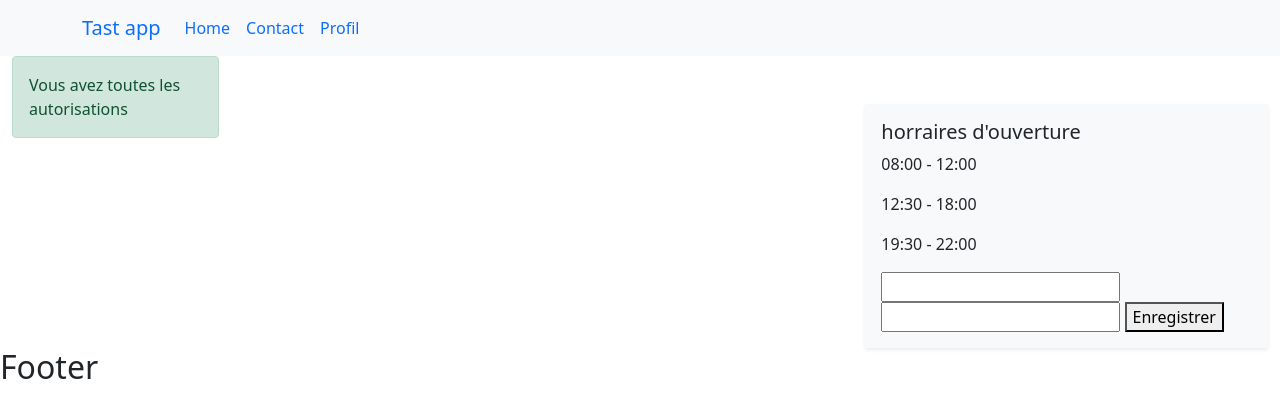
Repository: FS-23/php-getstarted
Page: http://localhost/
An editor plug-in stored every save of this project. The page is shown before and after the next save, followed by the edit.
The browser window is 1280 px wide. The pictures show the whole page.
The page is run by PHP 8.4 with error messages shown; the project is at /var/www/html/.

Above is the page before, as saved 2022-05-28 12:33:45.

After the next save:
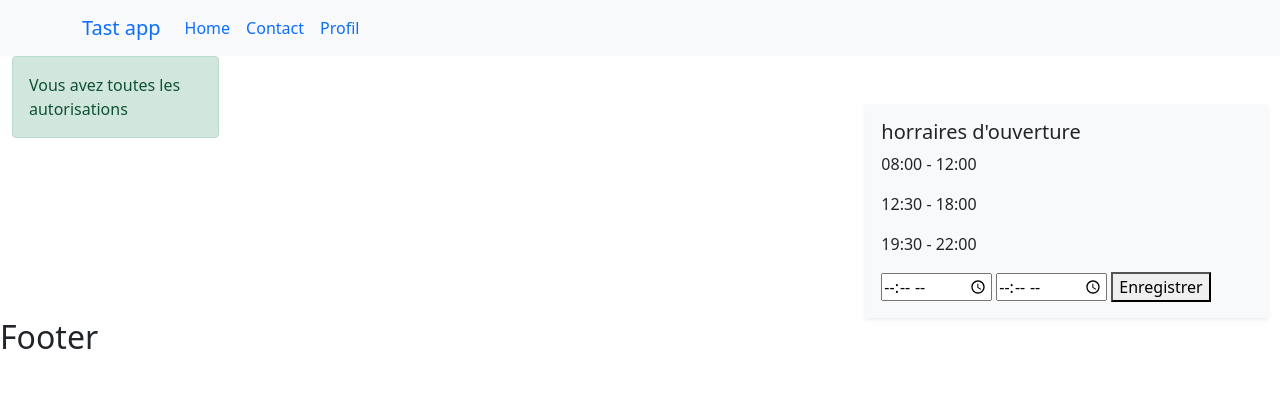
Saved 23 s later.
--- a/demoAPP/index.php
+++ b/demoAPP/index.php
@@ -28,8 +28,8 @@
                        <p><?php echo $item ?></p>
                    <?php endforeach; ?>
                    <div>
-                       <input type="text">
-                       <input type="text">
+                       <input type="time">
+                       <input type="time">
                        <button>Enregistrer</button>
                    </div>
                   <?php
